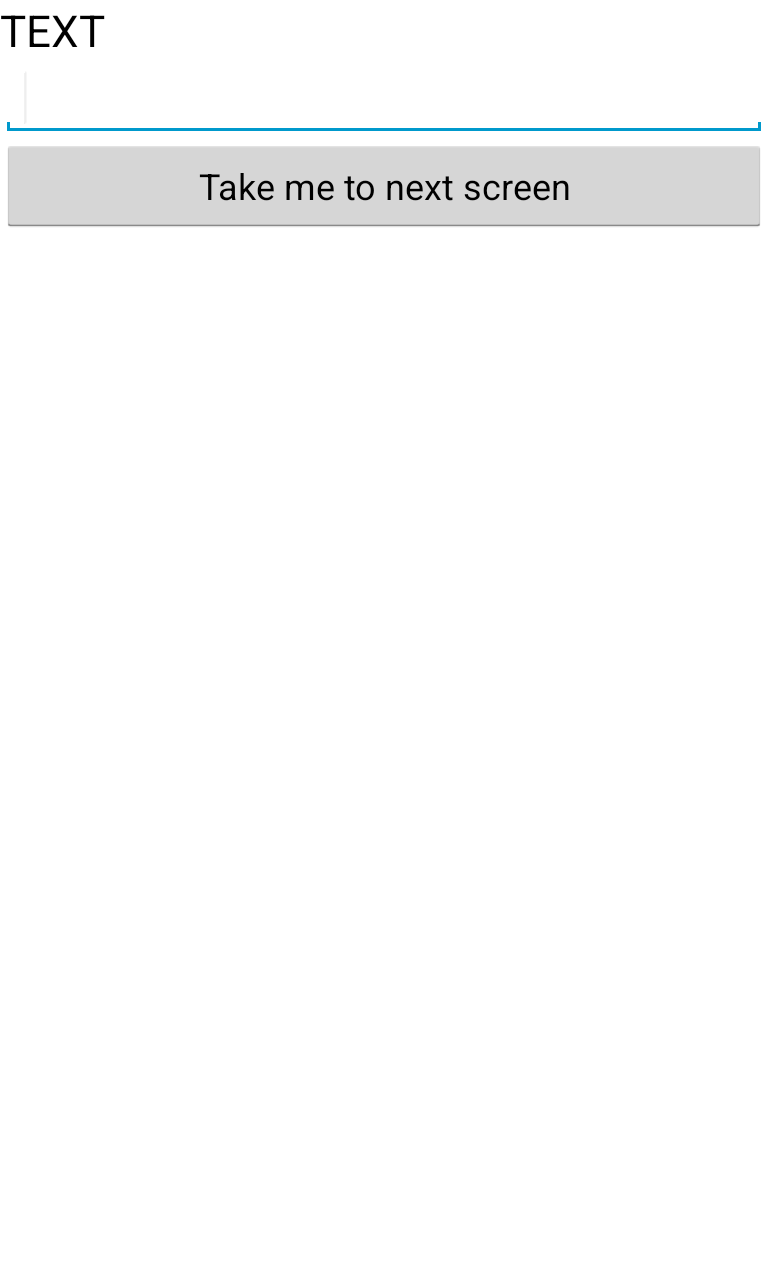
Repository: fsoDannis/FSO_JAVAII
Layout: JavaII_Week1/res/layout/activity_subscreen.xml
The author's editor kept a copy of each file at every save. The layout is drawn from the files as they stood at one save, then again after the next save.
It is drawn on a 768 x 1280 px phone screen (xhdpi) without system bars, with theme AppTheme; the app's code is not run.

Above is the layout before, as saved 2013-05-09 01:36:34.

After the next save:
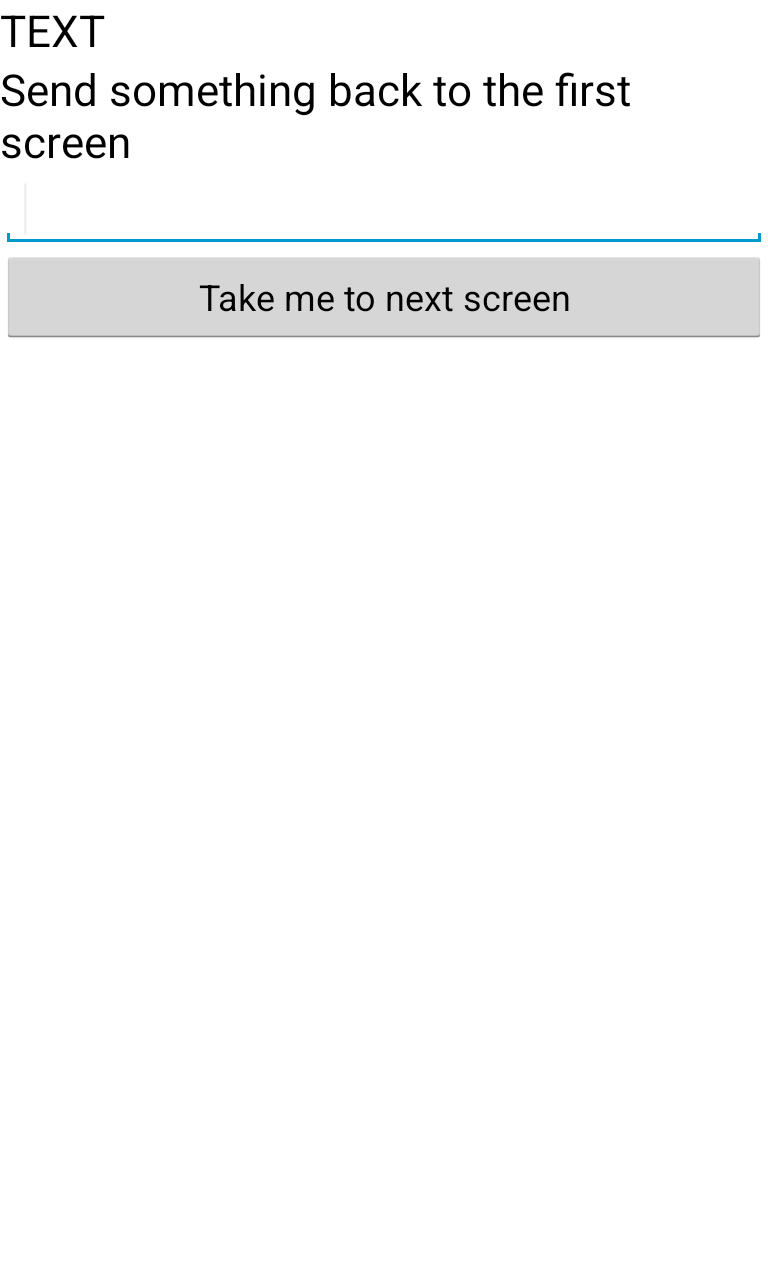
Saved 56 s later.
--- a/JavaII_Week1/res/layout/activity_subscreen.xml
+++ b/JavaII_Week1/res/layout/activity_subscreen.xml
@@ -9,6 +9,12 @@
         android:layout_height="wrap_content"
         android:textAppearance="?android:attr/textAppearanceLarge"
         android:text="TEXT"/>
+    <TextView
+        android:id="@+id/textView2"
+        android:layout_width="match_parent"
+        android:layout_height="wrap_content"
+        android:textAppearance="?android:attr/textAppearanceLarge"
+        android:text="Send something back to the first screen"/>
     <EditText
         android:id="@+id/editText1"
         android:layout_width="match_parent"
